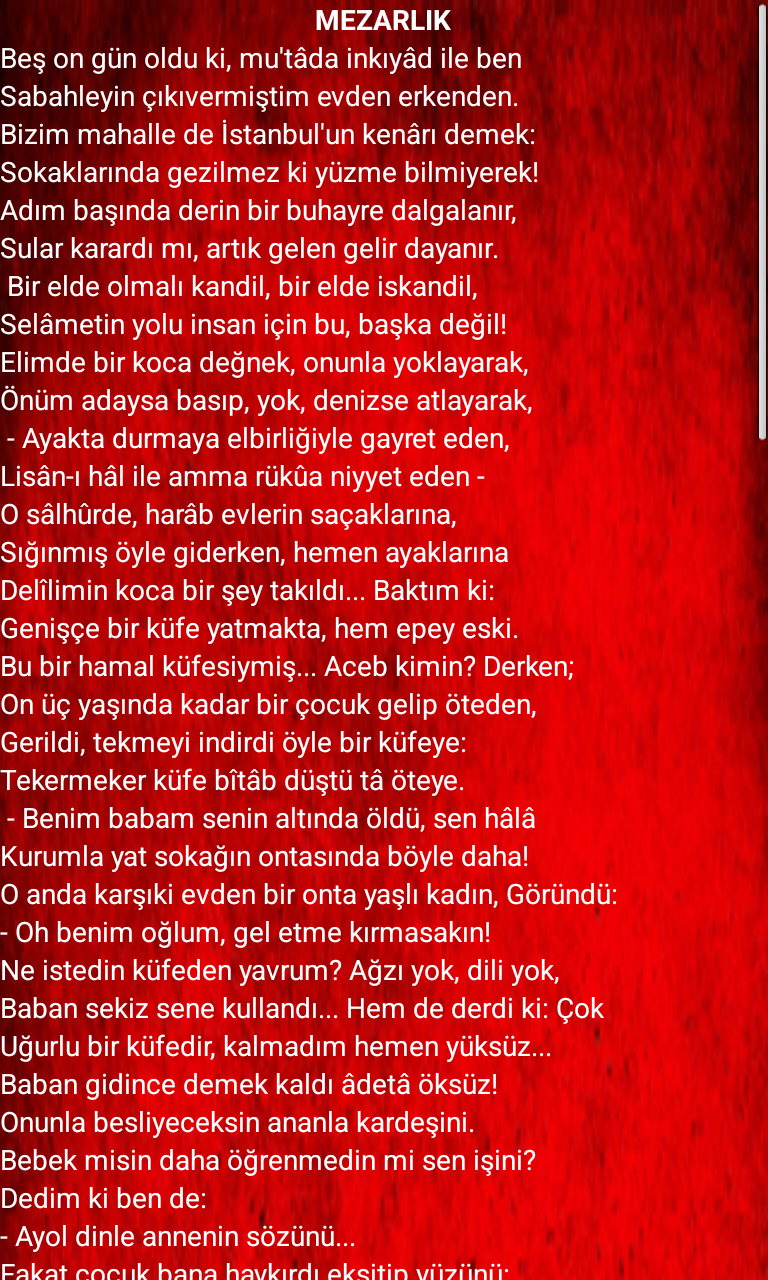
Repository: dokayazilim/Safahat-Android--Uygulamasi
Layout: safahat(android)/Safahat/res/layout/kitap9.xml
These files come from the project's save history. The layout is drawn as it stood at one moment and after the next save; the edit follows.
It is drawn on a 768 x 1280 px phone screen (xhdpi) without system bars, with theme android:Theme; the app's code is not run.

Above is the layout before, as saved 2012-09-06 11:01:13.

After the next save:
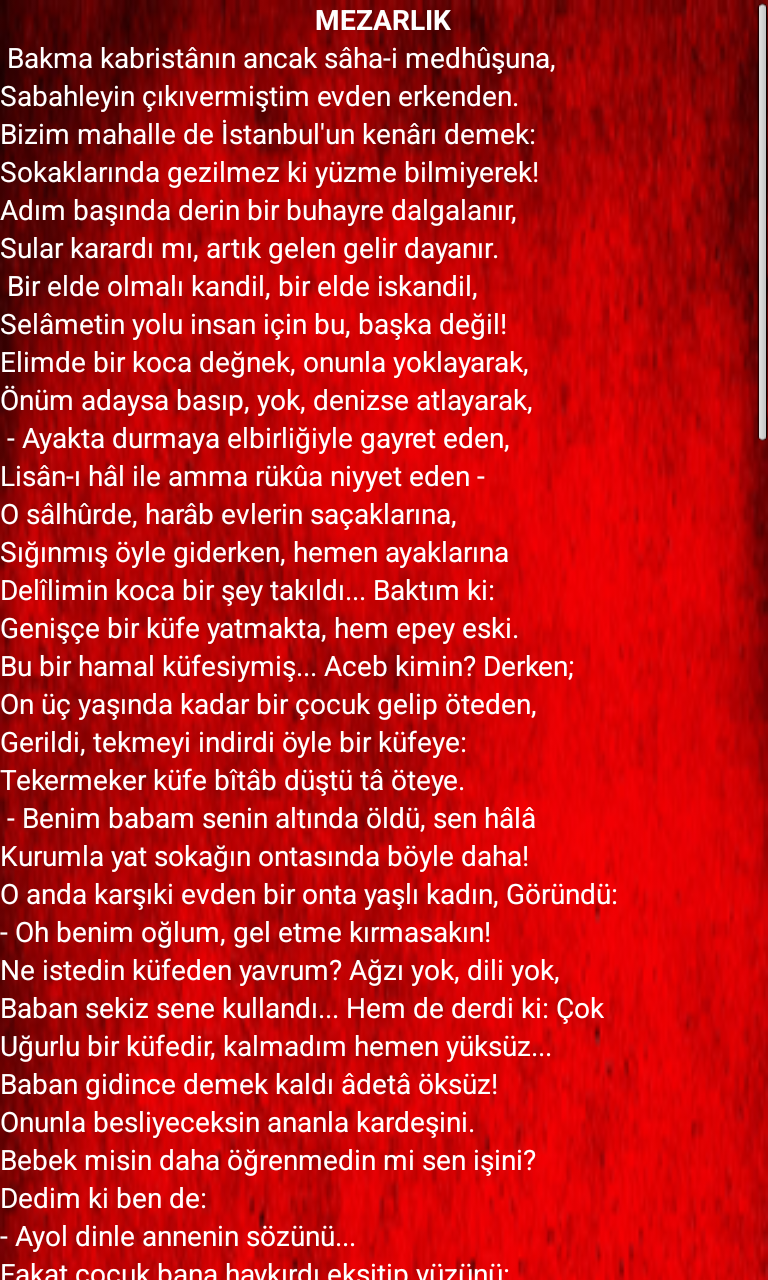
Saved 15 s later.
--- a/safahat(android)/Safahat/res/layout/kitap9.xml
+++ b/safahat(android)/Safahat/res/layout/kitap9.xml
@@ -20,7 +20,9 @@
         android:id="@+id/textView2"
         android:layout_width="wrap_content"
         android:layout_height="wrap_content"
-        android:text="Beş on gün oldu ki, mu'tâda inkıyâd ile ben" android:textColor="#ffffff" />
+        android:text="
+Bakma kabristânın ancak sâha-i medhûşuna,
+" android:textColor="#ffffff" />
 <TextView
         android:id="@+id/textView3"
         android:layout_width="wrap_content"
